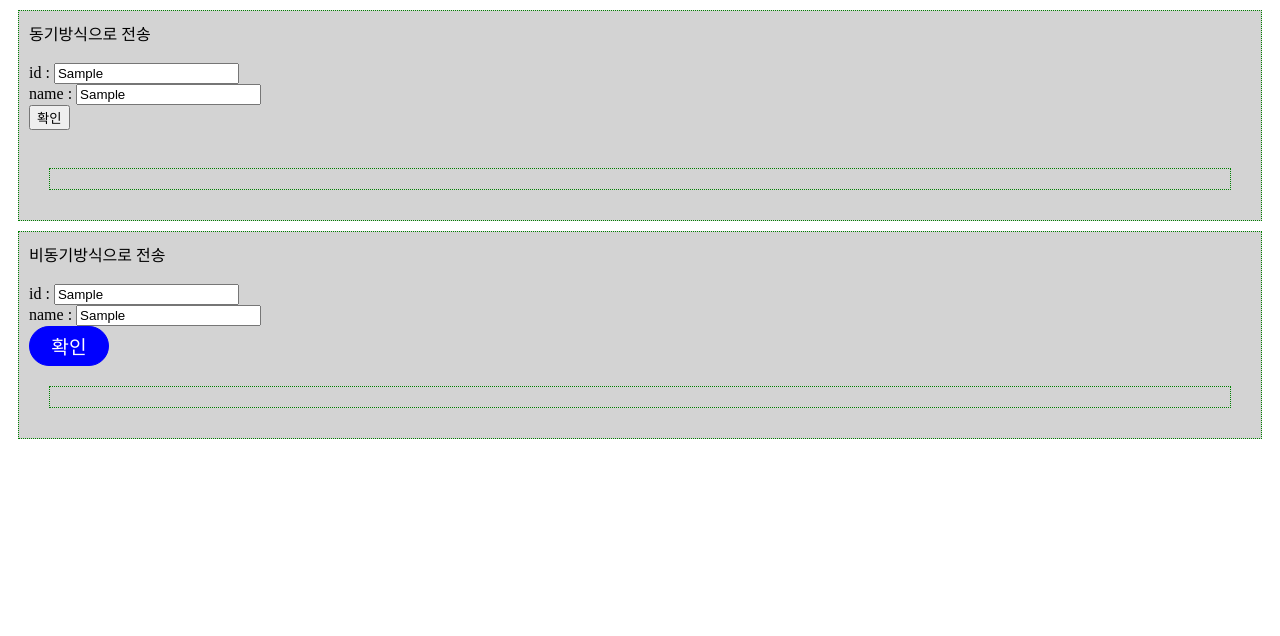
Repository: JJaeHwan/HTML
Page: jquerypro/WebContent/0116/ajaxtest1.html
An editor plug-in stored every save of this project. The page is shown before and after the next save, followed by the edit.
The browser window is 1280 px wide. The pictures show the whole page.
Empty fields were first filled with sample values (such as "Sample", 5 or name@example.com).
After loading, the first visible `#ajax` was clicked once.

Above is the page before, as saved 2023-01-16 08:35:13.

### jquerypro/WebContent/0116/ajaxtest1.html
<!DOCTYPE html>
<html>
<head>
<meta charset="UTF-8">
<title>Insert title here</title>
<link rel="stylesheet" href="../css/public.css">
<script src="../js/jquery-3.6.3.min.js" type="text/javascript"></script>

<script type="text/javascript">
$(function() {
	$('#ajax').on('click', function() {

		//입력한 값을 가져온다
		vid = $('#id').val().trim();
		vname = $('#name').val().trim();

		// 비동기를 이용하여 서버로 전송
		xhr = new XMLHttpRequest();

		// 요청 - get
		xhr.open("get", 'ajaxtest1.jsp?id=' +vid + '&name=' + vname, true );
		xhr.send();

		// 응답
		xhr.onreadystatechange = function() {
			if(this.readyState == 4 && this.status == 200){
				res = this.responseText;

			}
		}



	})

})

</script>

</head>
<body>


<div class="box">
	동기방식으로 전송<br><br>
	<form action="ajaxtest1.jsp" method="post">
		id : <input type = "text" name = "id"><br>
	    name : <input type = "text" name = "name"> <br>


	<input type="submit" value="확인" id="btn1">


	</form>
	<br>

	<div id="res1"></div>
</div>

<div class="box">
	비동기방식으로 전송<br><br>
	<form name="fajax">

		id : <input type = "text" name = "id" id="id"><br>
	    name : <input type = "text" name = "name" id="name"> <br>

		<input type="button" value="확인" id="ajax">
		<br>
	</form>

	<div id="res2"></div>
</div>
</body>
</html>

### jquerypro/WebContent/css/public.css
@charset "UTF-8";

pre{

	font-size: 1.5em;
	border: 5px double blue;
	border-left : none;
	border-right: none;
	padding: 10px;
	background-color: skyblue;

}

  .box{
  	margin: 10px;
  	padding: 10px;
  	border: 1px dotted green;
  	background-color: lightgray;

  }
  .box div{
  	/* height: 100px; */
  	padding: 10px;
  	margin: 20px;
  	border: 1px dotted green;
  }
  input[type=button]{
  	width: 80px;
  	height: 40px;
  	background: blue;
  	color: white;
  	font-size: 1.2em;
  	border-radius: 20px;
  	border : 1px solid blue;
  }

Loaded but not shown: jquerypro/WebContent/js/jquery-3.6.3.min.js (library)

After the next save:
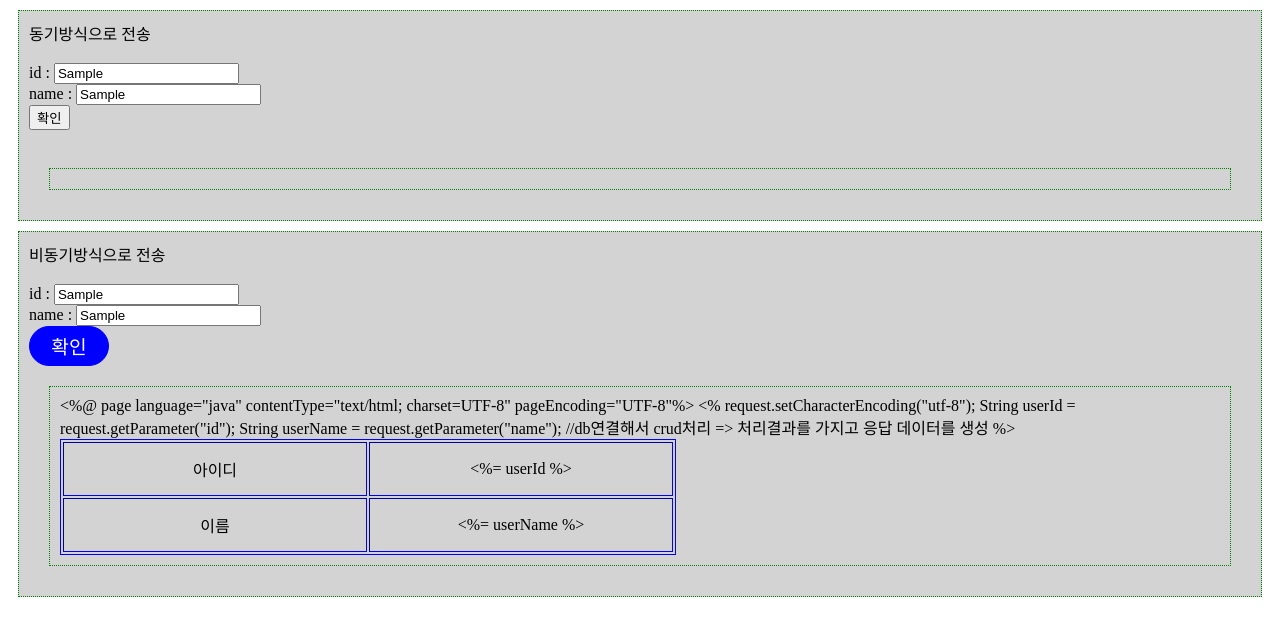
Saved 23 s later.
--- a/jquerypro/WebContent/0116/ajaxtest1.html
+++ b/jquerypro/WebContent/0116/ajaxtest1.html
@@ -25,6 +25,8 @@ $(function() {
 		xhr.onreadystatechange = function() {
 			if(this.readyState == 4 && this.status == 200){
 				res = this.responseText;
+
+				$('#res2').html(res);
 
 			}
 		}
